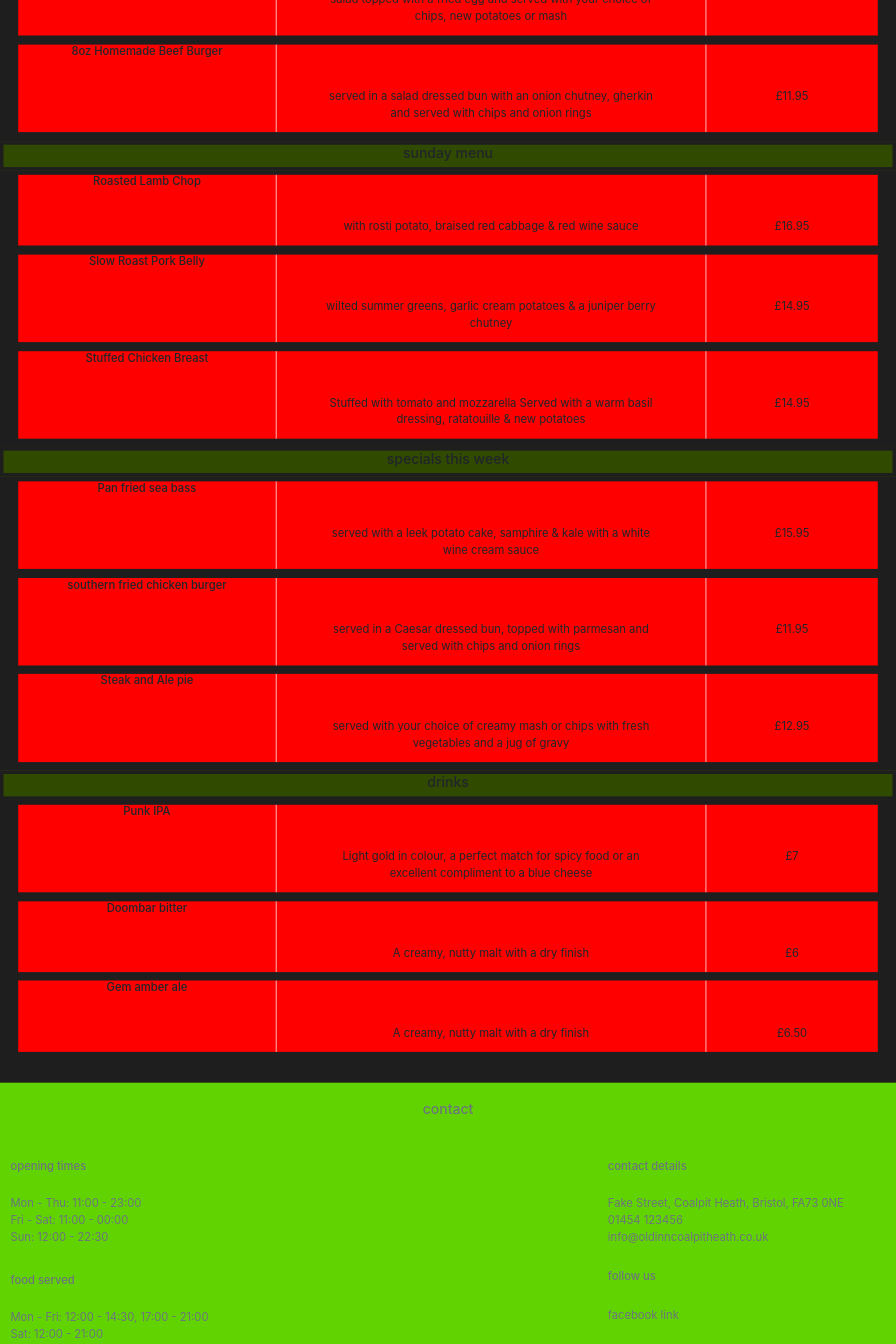
Repository: Code-Institute-Submissions/JamesLStudent-Milestone_One
Page: menu.html
The author's editor kept a record of every edit. The page is drawn from the files as they stood at one moment, then again after the next edit.
The browser window is 1280 px wide. The pictures show the part of the page from y = 2124 to 4044 px (the page is 4108 px tall before and 4154 px after), at 70% of full size.

Above is the page before.
Console error: TypeError: Cannot read properties of undefined (reading 'fn')

After the next edit:
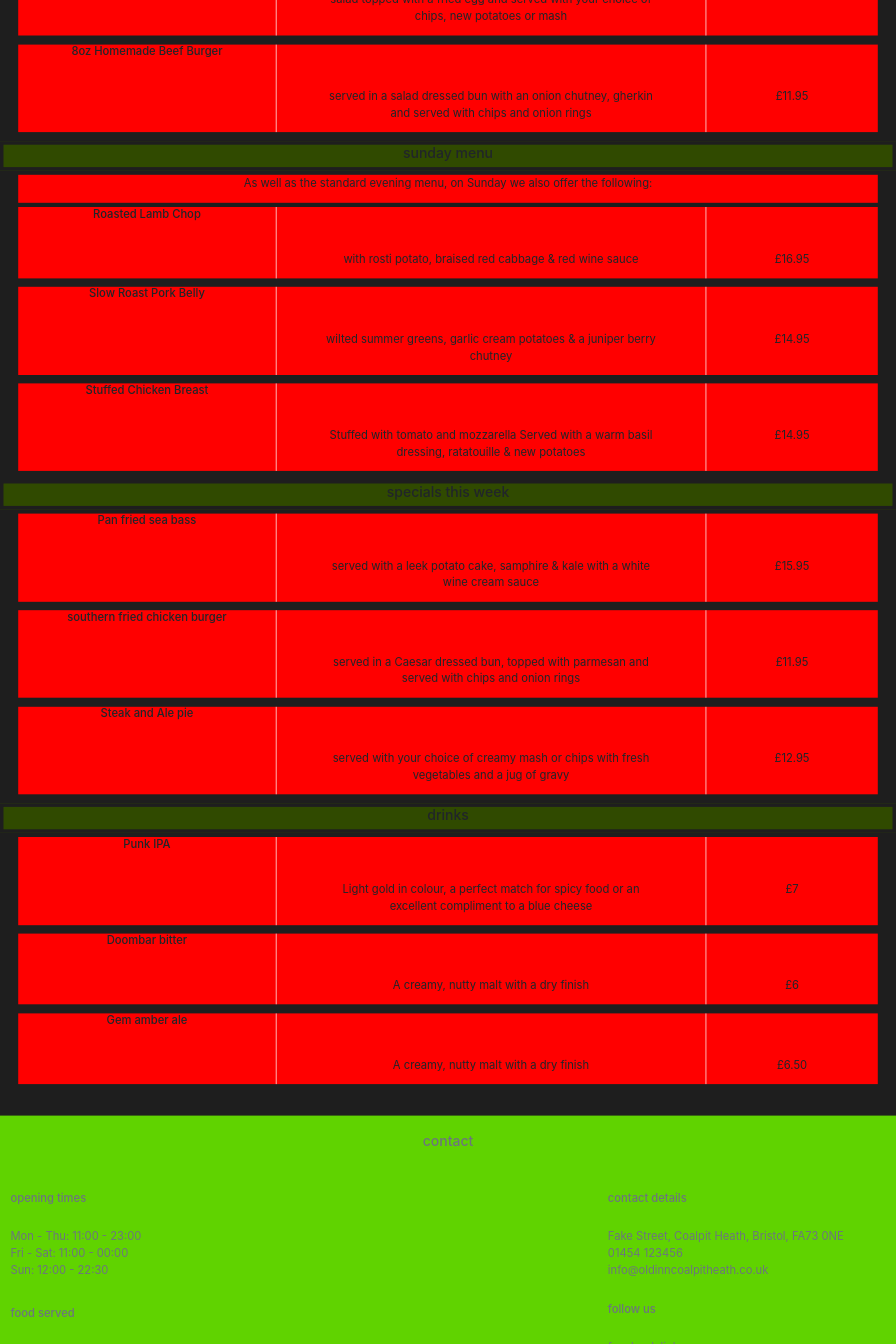
The edit:
--- a/menu.html
+++ b/menu.html
@@ -238,6 +238,9 @@
             <h5>sunday menu</h5>
         </div>
         <div class="alt-link">
+             <p>As well as the standard evening menu, on Sunday we also offer the following:</p>
+        </div>
+        <div class="alt-link">
             <span class="food">
                 <h6>Roasted Lamb Chop</h6>
             </span>
